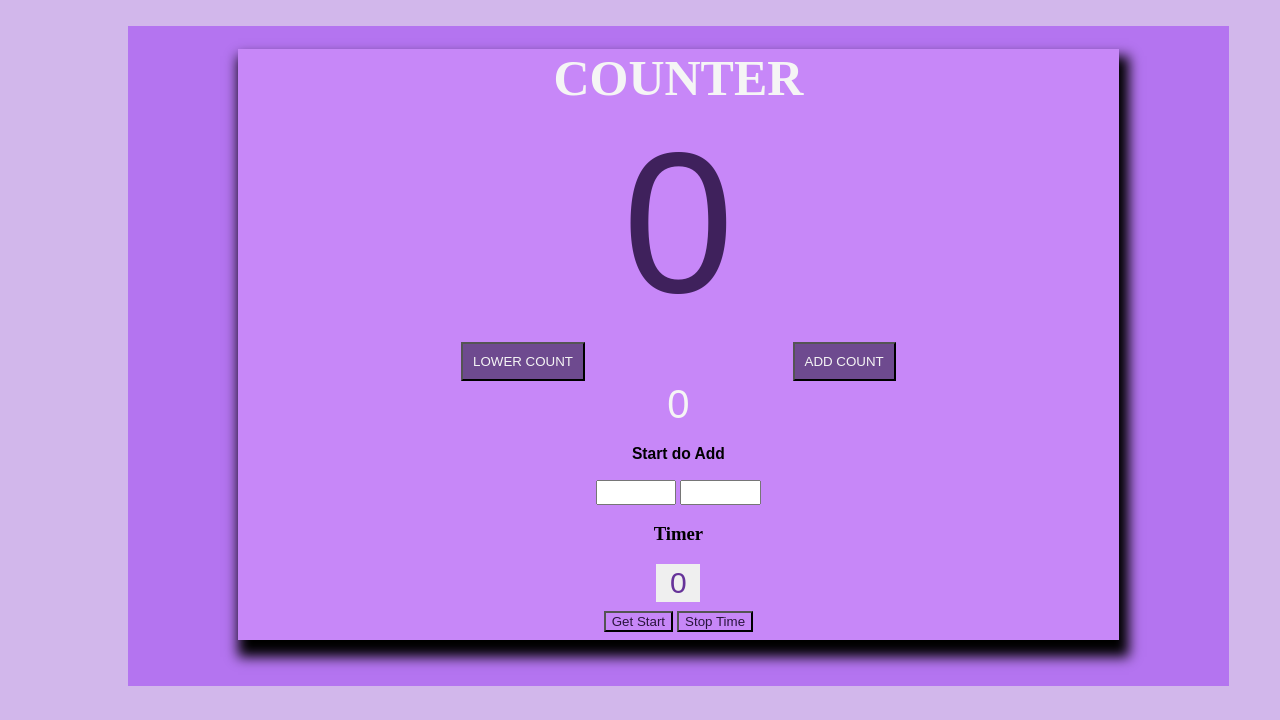
Repository: AnahitKhechumyan/Counter
Page: index.html
An editor plug-in stored every save of this project. The page is shown before and after the next save, followed by the edit.
The browser window is 1280 px wide. The pictures show the whole page.

Above is the page before, as saved 2022-02-15 03:14:42.

After the next save:
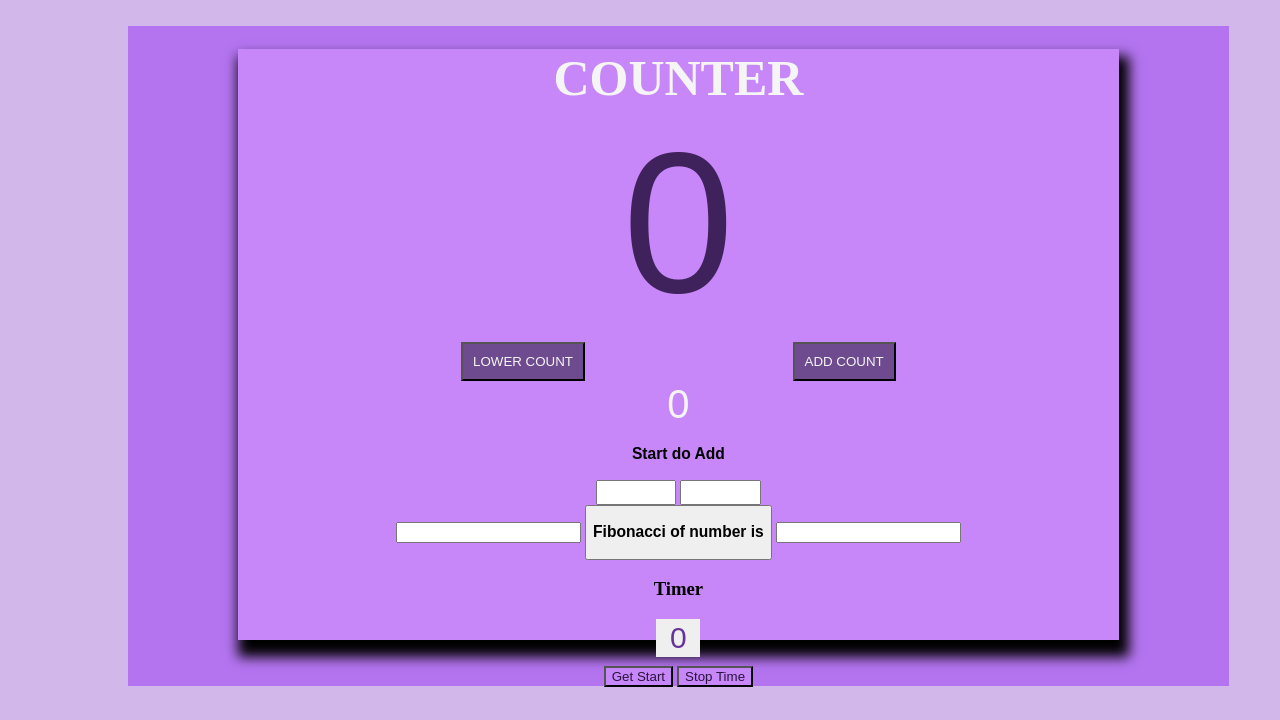
Saved 20 h 31 min later.
--- a/index.html
+++ b/index.html
@@ -22,6 +22,9 @@
                 <input class ="firstInput" type="text" />
                 <input class ="secondInput" type = "text"/>
            </div>
+           <input class= "inputNumber" type="text"/>
+           <button class= "fibonacci" type="button"><h3>Fibonacci of number is</h3></button>
+           <input class= "inputFibonacci" type="text"/>
            <h3>Timer</h3>
            <button class= "timer">0</button>
             <div>
